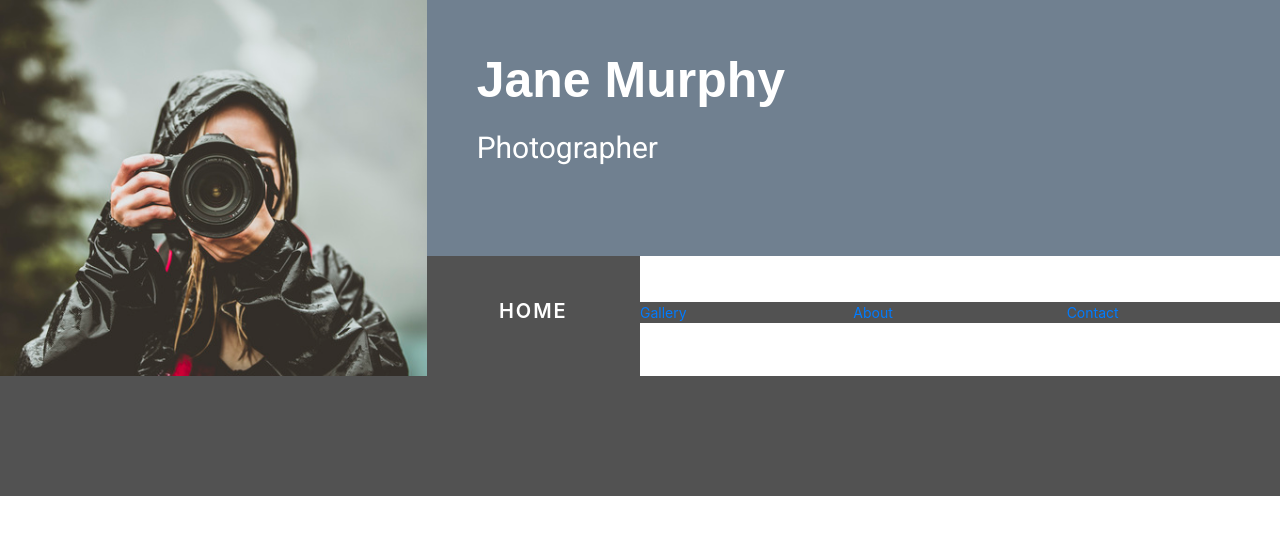
Repository: Code-Institute-Submissions/MrChrisRandall-milestone-1
Page: index.html
The author's editor kept a record of every edit. The page is drawn from the files as they stood at one moment, then again after the next edit.
The browser window is 1280 px wide. The pictures show the whole page.

Above is the page before.

### index.html
<!DOCTYPE html>
<html lang="en">

<head>
    <meta charset="UTF-8">
    <meta name="viewport" content="width=device-width, initial-scale=1.0">
    <meta http-equiv="X-UA-Compatible" content="ie=edge">
    <link rel="stylesheet" href="https://stackpath.bootstrapcdn.com/bootstrap/4.3.1/css/bootstrap.min.css" type="text/css" />
    <link rel="stylesheet" href="https://stackpath.bootstrapcdn.com/font-awesome/4.7.0/css/font-awesome.min.css" type="text/css" />
    <link rel="stylesheet" href="https://cdnjs.cloudflare.com/ajax/libs/hover.css/2.3.1/css/hover-min.css" type="text/css" />
    <link rel="stylesheet" href="assets/css/style.css" type="text/css" />
    <title>Studio 21</title>
</head>

<body>
    <header>
        <div class="row no-gutters">
            <a href="index.html" class="col-md-4 logo">

            </a>
            <div class="col-md-8">
                <div class="row no-gutters bg-color-name-title">
                    <div class="col heading">
                        <h1 class="name">Jane Murphy</h1>
                        <h2 class="title">Photographer</h2>
                    </div>
                </div>
                <div class="row no-gutters">
                    <div class="col">
                        <ul id="nav" class="list-inline menucontainer">
                            <li class="col-2 col-sm-3 ui-menu-color-home list-inline-item menuitem">
                                <a href="#"><span>Home</span></a>
                            </li>
                            <li class="col-2 col-sm-3 ui-menu-color-gallery list-inline-item">
                                <a href="#"><span>Gallery</span></a>
                            </li>
                            <li class="col-2 col-sm-3 ui-menu-color-about list-inline-item">
                                <a href="#"><span>About</span></a>
                            </li>
                            <li class="col-2 col-sm-3 ui-menu-color-contact list-inline-item">
                                <a href="#"><span>Contact</span></a>
                            </li>
                        </ul>
                    </div>
                </div>

            </div>
        </div>

    </header>

    <section>

    </section>

    <footer>

    </footer>

</body>

</html>

### assets/css/style.css
@import url('https://fonts.googleapis.com/css?family=Roboto&display=swap:100,200,300,400,500,600,700|Exo:100,200,300,400,500,600,700');


/*--------------------------------------------------Colors*/

.bg-color-name-title {
    background-color: #708090;
}

.ui-menu-color-home {
    background-color: #525252;
}

.ui-menu-color-gallery {
    background-color: #525252;
}

.ui-menu-color-about {
    background-color: #525252;
}

.ui-menu-color-contact {
    background-color: #525252;
}

/*--------------------------------------------------Header*/

.header {
    margin: 0;
}

.heading {
    margin-left: 50px;
}

.logo {
    background: url(../images/pic.jpg);
    background-position: center;
    background-repeat: no-repeat;
    background-size: cover;
    min-height: 360px;
    transition: all .5s ease-in-out;
    -moz-transition: all .5s ease-in-out;
    -webkit-transition: all .5s ease-in-out;
}

.name {
    font-family: "Exo", sans-serif;
    font-weight: 600;
    font-size: 50px;
    margin-top: 50px;
    color: #fff;
}

.title {
    font-family: "Roboto", sans-serif;
    font-weight: 400;
    font-size: 30px;
    margin-top: 20px;
    margin-bottom: 90px;
    color: #fff;
}

.list-inline-item:not(:last-child) {
    margin: 0;
}

.menucontainer {
    font-size: 0;
}

#nav {
    margin: 0;
}

#nav li {
    font-size: 14px;
    padding: 0;
}

.menuitem {
    height: 120px;
    text-align: center;
    padding: 0;
}

.menuitem a {
    width: 100%;
    text-decoration: none;
    color: #fff;
    height: 120px;
}

.menuitem span {
    display: block;
    width: 100%;
    padding-top: 40px;
    text-align: center;
    text-transform: uppercase;
    font-size: 20px;
    font-weight: 600;
    letter-spacing: 2px;
}

/*--------------------------------------------------Footer*/

footer {
    background-color: #525252;
    color: #fafafa;
    min-height: 120px;
    margin: 0;
}

.cv-pdf i {
    font-size: 18px;
    color: #fafafa;
    text-align: center;
    padding-left: 5px;
    transition: all 0.35s ease-in-out;
    -moz-transition: all 0.35s ease-in-out;
    -webkit-transition: all 0.35s ease-in-out;
    -o-transition: all 0.35s ease-in-out;
}

.cv-pdf i:hover {
    color: #708090;
}

.social-links {
    padding-bottom: 15px;
}

.social-links li a i {
    width: 32px;
    height: 32px;
    padding: 12px 0;
    border-radius: 50%;
    font-size: 13px;
    line-height: 7px;
    text-align: center;
    color: #fafafa;
    background: #8f8f8f;
    transition: all 0.35s ease-in-out;
    -moz-transition: all 0.35s ease-in-out;
    -webkit-transition: all 0.35s ease-in-out;
    -o-transition: all 0.35s ease-in-out;
}

.social-links li a i:hover {
    background: #708090;
}

#footer-details {
    padding: 20px;
}

After the next edit:
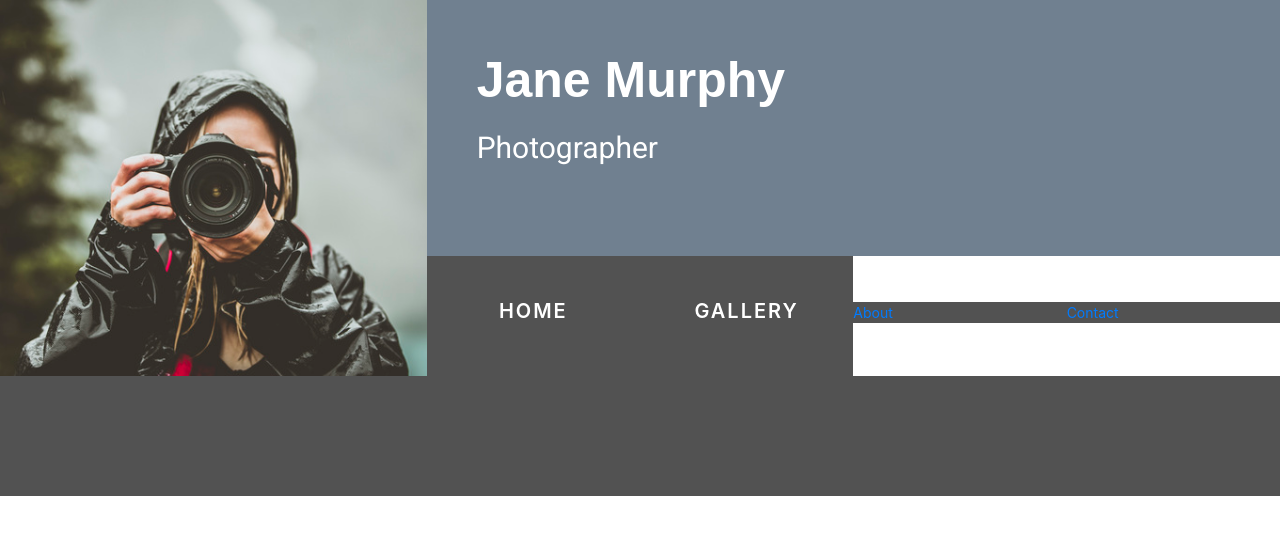
The edit:
--- a/index.html
+++ b/index.html
@@ -31,7 +31,7 @@
                             <li class="col-2 col-sm-3 ui-menu-color-home list-inline-item menuitem">
                                 <a href="#"><span>Home</span></a>
                             </li>
-                            <li class="col-2 col-sm-3 ui-menu-color-gallery list-inline-item">
+                            <li class="col-2 col-sm-3 ui-menu-color-gallery list-inline-item menuitem">
                                 <a href="#"><span>Gallery</span></a>
                             </li>
                             <li class="col-2 col-sm-3 ui-menu-color-about list-inline-item">
